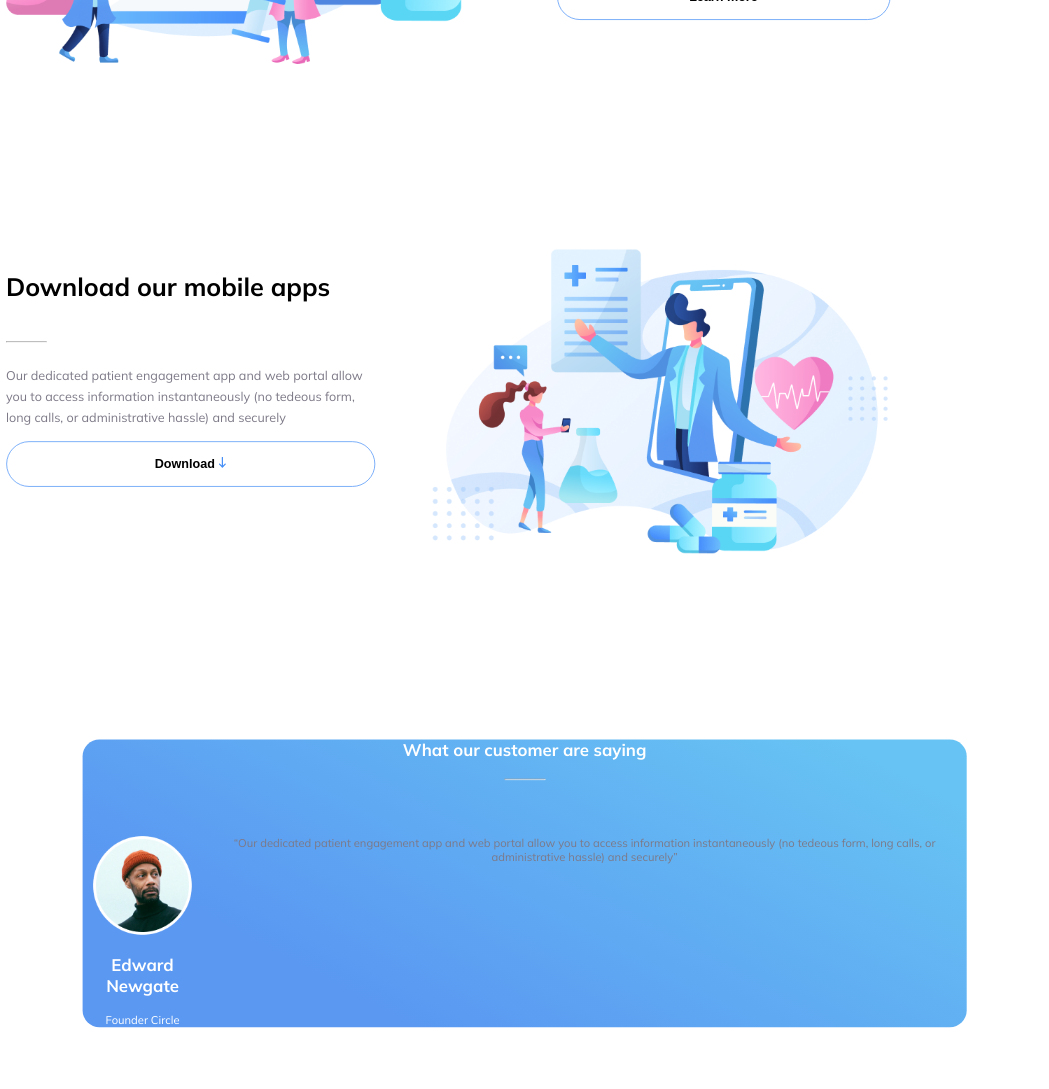
Repository: ivan-developer-01/trafalgar-layout
Page: index.html
These files come from the project's save history. The page is drawn as it stood at one moment and after the next save; the edit follows.
The browser window is 1280 px wide. The page is 1381 px wide, then 1499 px, so the pictures cover 1499 px, including what lies to the right of the window. The pictures show the part of the page from y = 2589 to 4229 px (the page is 4145 px tall before and 4229 px after), at 70% of full size.

Above is the page before, as saved 2024-11-08 15:25:39.

After the next save:
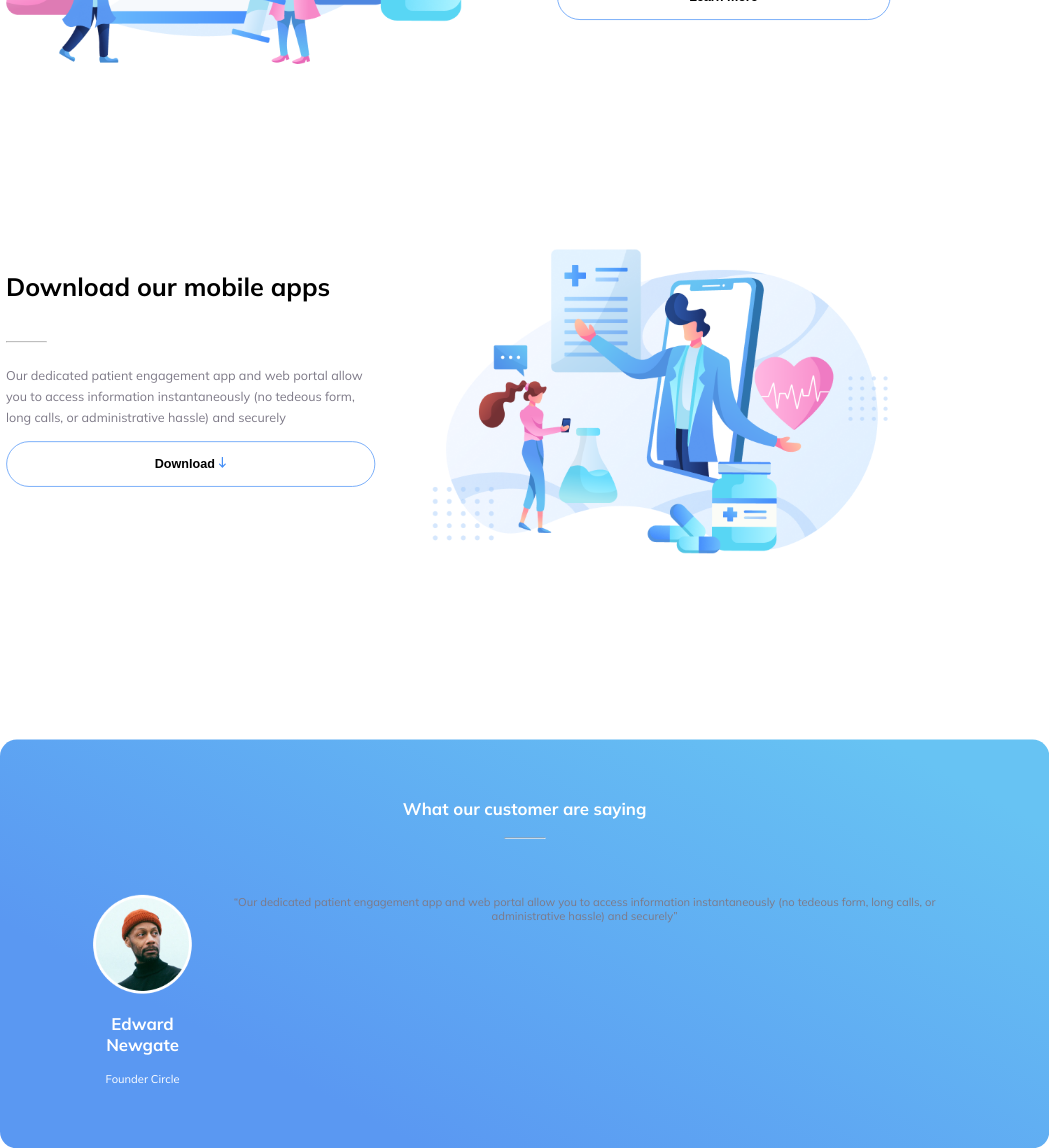
Saved 15 s later.
--- a/style.css
+++ b/style.css
@@ -236,7 +236,7 @@ p {
 	background: linear-gradient(208.18deg, #67C3F3 9.05%, #5A98F2 76.74%);
 	color: white;
 	text-align: center;
-	margin: 64px 118px 89px 118px;
+	padding: 64px 118px 89px 118px;
 	border-radius: 24px;
 }
 
